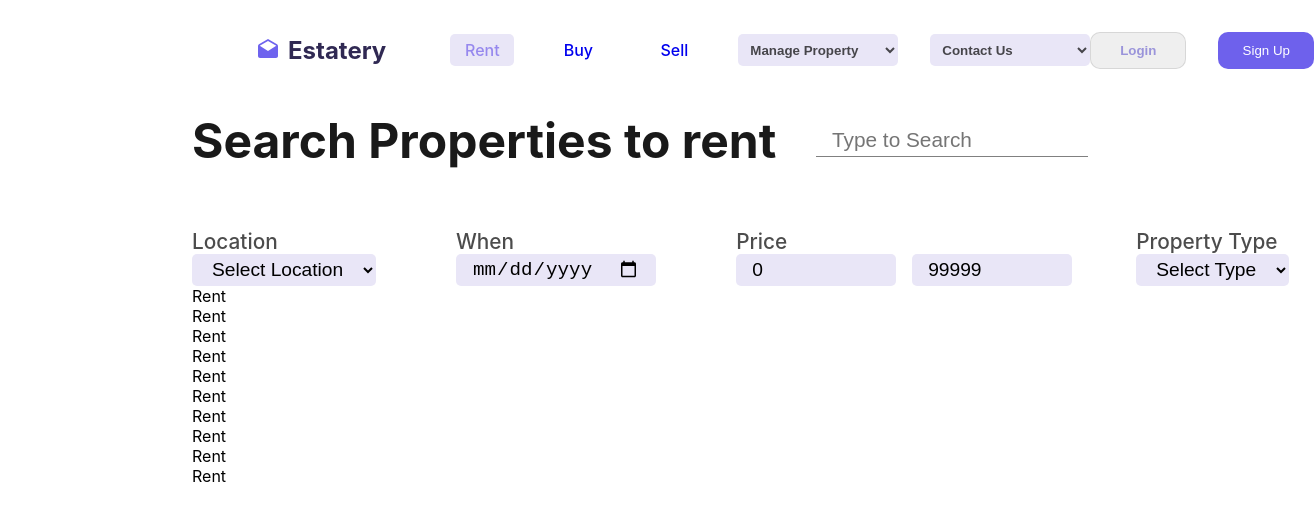
Repository: kapil4457/Reunion-Internship-Assignment
Page: /
The author's editor kept a copy of each file at every save. The page is drawn from the files as they stood at one save, then again after the next save.
The browser window is 1280 px wide. The page is 1314 px wide, so the pictures cover 1314 px, including what lies to the right of the window. The pictures show the whole page.
The project was rebuilt for these pictures with package versions that can differ from the ones it lists, and the page was loaded fresh each time. Also part of the build but not shown: src/App.css.

Above is the page before, as saved 2022-10-05 14:27:26.

### src/App.js
import { Route, Routes } from 'react-router-dom';
import './App.css';
import Header from './components/Header/Header';
import Home from  './components/Home/Home'
import Rent from './components/Rent/Rent';

function App() {
  return (
    <>
    <Header />
    <Routes>
      <Route path='/' element={<Home/>}/>
      <Route path='/rent' element={<Rent/>}/>
    </Routes>
    </>
  );
}

export default App;

### src/components/Header/Header.jsx
import React from "react";
import DraftsIcon from "@mui/icons-material/Drafts";
import { NavLink } from "react-router-dom";
import "./Header.css";
const Header = () => {
  return (
    <>
      <div className="header">
        <div className="left">
          <div className="logo">
            <DraftsIcon />
            <span>Estatery</span>
          </div>
          <div className="categories">
            <NavLink
              to="/rent"
              className={({ isActive }) => (isActive ? "activeClass" : "")}
            >
              Rent
            </NavLink>
            <NavLink
              to="/buy"
              className={({ isActive }) => (isActive ? "activeClass" : "")}
            >
              Buy
            </NavLink>
            <NavLink
              to="/sell"
              className={({ isActive }) => (isActive ? "activeClass" : "")}
            >
              Sell
            </NavLink>
            <select name="" id="manage">
              <option value="Manage Property" hidden>
                Manage Property
              </option>
              <option value="Owned">Owned</option>
              <option value="BookMarked">BookMarked</option>
            </select>
            <select name="" id="resources">
              <option value="contact">Contact Us</option>
              <option value="FAQ">FAQ</option>
            </select>
          </div>
        </div>
        <div className="right">
          <button className="login">Login</button>
          <button className="sign-up">Sign Up</button>
        </div>
      </div>
    </>
  );
};

export default Header;

### src/components/Home/Home.jsx
import React, { useEffect } from "react";
import { useNavigate } from "react-router-dom";

const Home = () => {
  const navigate = useNavigate();
  useEffect(() => {
    navigate("/rent");
  });
  return <></>;
};

export default Home;

### src/components/Rent/Rent.jsx
import React, { useState } from "react";
import { home } from "../../home";
import RentCard from "../RentCard/RentCard";
import "./Rent.css";
const Rent = () => {
  const [location, setlocation] = useState("");
  const [rangeMin, setMinRange] = useState(0);
  const [rangeMax, setMaxRange] = useState(99999);
  const [type, setType] = useState("");
  const [date, setDate] = useState(new Date());
  const [typed, setTyped] = useState("");

  //date -> YY/MM/DD format
  const filtering = (val) => {
    var dateNow = new Date(val.moveIn);
    var date2 = new Date(date);

    if (
      (location === "" || location == val.state) &&
      (parseInt(rangeMax) > val.price || rangeMax == "") &&
      (parseInt(rangeMin) < val.price || rangeMin == "") &&
      type === "" &&
      date2 <= dateNow &&
      typed === ""
    ) {
      console.log(date2, dateNow);
      return true;
    }
  };
  return (
    <>
      <div className="rent-main">
        <div className="first">
          <div className="heading">Search Properties to rent</div>
          <input
            className="search-bar"
            placeholder="Type to Search"
            value={typed}
            onChange={(e) => {
              setTyped(e.target.value);
            }}
          />
        </div>
        <div className="second">
          <div>
            <span>Location</span>
            <select
              name=""
              id=""
              onChange={(e) => {
                setlocation(e.target.value);
              }}
            >
              <option value="" hidden>
                Select Location
              </option>
              <option value="Bathinda">Bathinda</option>
              <option value="Nagpur">Nagpur</option>
              <option value="Lonavala">Lonavala</option>
              <option value="Chandigarh">Chandigarh</option>
              <option value="Pune">Pune</option>
              <option value="Shimla">Shimla</option>
              <option value="Kochi">Kochi</option>
              <option value="Banaras">Banaras</option>
              <option value="Banglore">Banglore</option>
              <option value="Aurangabad">Aurangabad</option>
            </select>
          </div>
          <div>
            <span>When</span>
            <input
              type="date"
              onChange={(e) => {
                setDate(e.target.value);
              }}
            />
          </div>
          <div>
            <span>Price</span>
            <div>
              {/* <input
                type="range"
                name=""
                className="price-range"
                max={10000}
                min={500}
                onChange={(e) => {
                  setRange(e.target.value);
                }}
              />
              <span>{range}</span> */}
              <input
                type="number"
                placeholder="Minimum"
                value={rangeMin}
                onChange={(e) => {
                  setMinRange(e.target.value);
                }}
              />
              <input
                type="number"
                placeholder="Maximum"
                value={rangeMax}
                onChange={(e) => {
                  setMaxRange(e.target.value);
                }}
              />
            </div>
          </div>
          <div>
            <span>Property Type</span>
            <select
              name=""
              id=""
              onChange={(e) => {
                setType(e.target.value);
              }}
            >
              <option value="" hidden>
                Select Type
              </option>
              <option value="">Villa</option>
              <option value="">Flats</option>
              <option value="">RowHouse</option>
            </select>
          </div>
        </div>
        {home.filter(filtering).map((item, idx) => (
          <RentCard data={item} key={idx} />
        ))}
      </div>
    </>
  );
};

export default Rent;

### src/components/Header/Header.css

.header{
display:flex;
justify-content:space-between;
align-items:center;
padding:2rem 4rem;
}

.left{
    display:flex;
    align-items:center;
    gap:4rem;
}
.left > .logo{
    display:flex;
    align-items:center;
    gap:0.5rem;
    font-size:1.5rem;
    font-weight:650;
    color:rgb(48,41,83);
}

.left > .logo > svg{
    color:rgb(110,99,238);
}

.categories{
    display:flex;
    align-items:center;
    gap:2rem;
}

.categories > a{
    text-decoration:none;
    font-weight:550;
    height:2rem;
    display:flex;
    align-items:center;
    width:4rem;
    justify-content: center;
}

.activeClass{
    color:rgb(150, 136, 238);
    background-color: rgb(233,230,247);
    border-radius: 5px;
}

.categories > select{
    width:10rem;
    height:2rem;
    border:none;
    outline:none;
    color:rgba(0,0,0,0.7);
    font-weight:550;
    background-color:rgb(233,230,247);
    border-radius:5px;
    padding:0 0.5rem;
    font-weight:3rem;
}

.right{
    display:flex;
    align-items:center;
    gap:2rem;

}

.right > button {
    width:6rem;
    height:2.3rem;
    border-radius:10px;
    outline:none;

}

.login{
border:1px solid rgba(0,0,0,0.1);
color:rgb(154, 148, 218);
font-weight:650;
cursor:pointer;
}

.sign-up
{
    background-color:rgb(110,97,236);
    color:white;
    cursor:pointer;
    border:none;
}

### src/home.js
export const home = [

        {
            state:"Nagpur",
            price:2500,
            address:" Lorem ipsum dolor sit amet consectetur adipisicing elit. Quis",
            bedCount:2,
            bathCount:2,
            area:"8x10",
            image:"h1.jpg",
            moveIn:new Date(2022,10,20),
            type:"Villa"

        },
        {
            state:"Lonavala",
            price:2600,
            address:" Lorem ipsum dolor sit amet consectetur adipisicing elit. Quis",
            bedCount:2,
            bathCount:2,
            area:"8x12",
            image:"h2.jpg",
            moveIn:new Date(2022,11,20),
            type:"Flats"



        },     {
            state:"Bathinda",
            price:3000,
            address:" Lorem ipsum dolor sit amet consectetur adipisicing elit. Quis",
            bedCount:3,
            bathCount:2,
            area:"10x12",
            image:"h3.jpg",
            moveIn:new Date(2022,11,12),
            type:"RowHouse"



        },     {
            state:"Chandigarh",
            price:2700,
            address:" Lorem ipsum dolor sit amet consectetur adipisicing elit. Quis",
            bedCount:2,
            bathCount:2,
            area:"10x10",
            image:"h4.jpg",
            moveIn:new Date(2023,1,20),
            type:"Villa"



        },     {
            state:"Pune",
            price:3800,
            address:" Lorem ipsum dolor sit amet consectetur adipisicing elit. Quis",
            bedCount:3,
            bathCount:3,
            area:"8x10",
            image:"h5.jpg",
            moveIn:new Date(2023,1,10),
            type:"Flats"


        },     {
            state:"Shimla",
            price:3400,
            address:" Lorem ipsum dolor sit amet consectetur adipisicing elit. Quis",
            bedCount:3,
            bathCount:2,
            area:"12x10",
            image:"h6.jpg",
            moveIn:new Date(2023,2,15),
            type:"RowHouse"



        },     {
            state:"Kochi",
            price:2100,
            address:" Lorem ipsum dolor sit amet consectetur adipisicing elit. Quis",
            bedCount:2,
            bathCount:2,
            area:"9x10",
            image:"h7.jpg",
            moveIn:new Date(2023 , 2 ,15),
            type:"Villa"


        },     {
            state:"Banaras",
            price:2500,
            address:" Lorem ipsum dolor sit amet consectetur adipisicing elit. Quis",
            bedCount:2,
            bathCount:2,
            area:"8x10",
            image:"h8.jpg",
            moveIn:new Date(2023 , 3 ,19),
            type:"Flats"



        },     {
            state:"Banglore",
            price:4000,
            address:" Lorem ipsum dolor sit amet consectetur adipisicing elit. Quis",
            bedCount:3,
            bathCount:2,
            area:"10x14",
            image:"h9.jpg",
            moveIn:new Date(2023 , 5 , 19),
            type:"RowHouse"



        },     {
            state:"Aurangabad",
            price:3000,
            address:" Lorem ipsum dolor sit amet consectetur adipisicing elit. Quis",
            bedCount:2,
            bathCount:2,
            area:"8x10",
            image:"h10.jpg",
            moveIn:new Date(2023 , 6 , 6),
            type:"Villa"



        },

]

### src/components/RentCard/RentCard.jsx
import React from "react";

const RentCard = ({ data }) => {
  console.log(data);
  return <div>Rent</div>;
};

export default RentCard;

### src/components/Rent/Rent.css
body{

    padding:0 12rem;
}

.first{
    display:flex;
    height:5rem;
    justify-content: space-between;
    align-items:center;
    margin-bottom:3rem;
}

.first > .heading{
    font-size:3rem;
    font-weight:650;
    color:rgba(0,0,0,0.9);
}

.first > .search-bar{
    width:15rem;
    padding:0 1rem;
    border:none;
    border-bottom:1px solid gray;
    outline:none;
    height:2rem;
    font-size:1.3rem;
}
.second > div >select {
    font-size:1.2rem;
    height:2rem;
    padding:0 1rem;
    border-radius:5px;
    border:none;
    outline:none;
    background-color:rgb(233,230,247);
}
.second > div >input  , .second > div >div>input {
    font-size:1.2rem;
    height:2rem;
    border-radius:5px;
    border:none;
    outline:none;
    padding:0 1rem;

    background-color:rgb(233,230,247);
}

.second > div >div{
display:flex;
gap:1rem;

}
.second > div >div>input{
width:8rem;

}
.second{
    display: flex;
    gap:5rem;
}
.second>div{
    display:flex;
    flex-direction: column;
    width:20rem;
}

.second >div>span{
    color:rgba(0,0,0,0.7);
    font-size:1.3rem;
    font-weight:550;
}

Loaded but not shown: public/index.html (common file); src/index.js (common file); src/index.css (common file); src/reportWebVitals.js (common file)

After the next save:
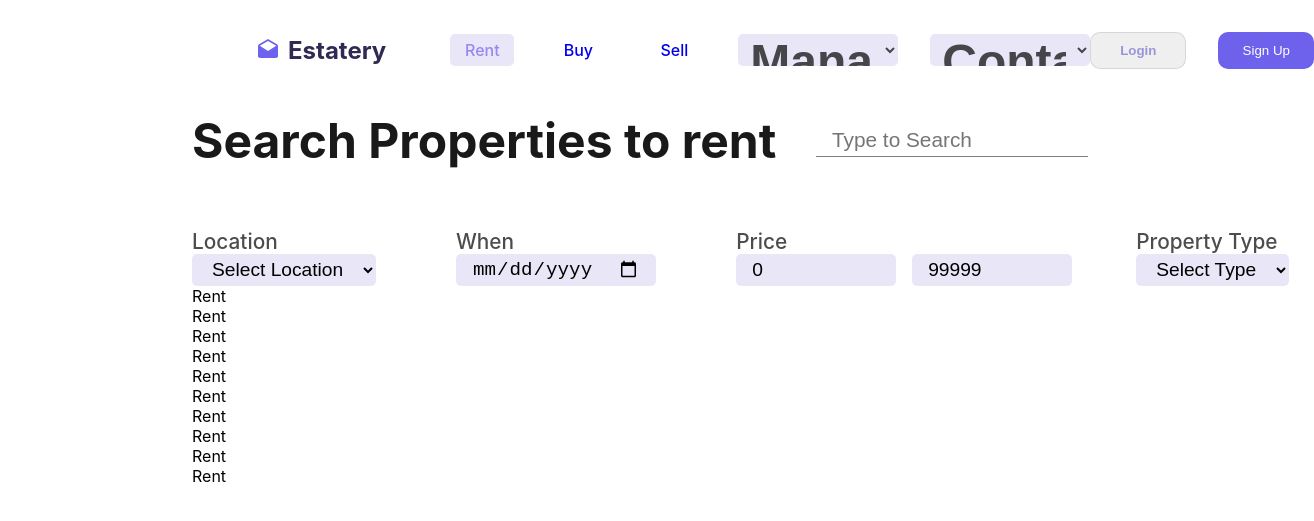
Saved 6 s later.
--- a/src/components/Header/Header.css
+++ b/src/components/Header/Header.css
@@ -56,7 +56,7 @@ padding:2rem 4rem;
     background-color:rgb(233,230,247);
     border-radius:5px;
     padding:0 0.5rem;
-    font-weight:3rem;
+    font-size:3rem;
 }
 
 .right{
